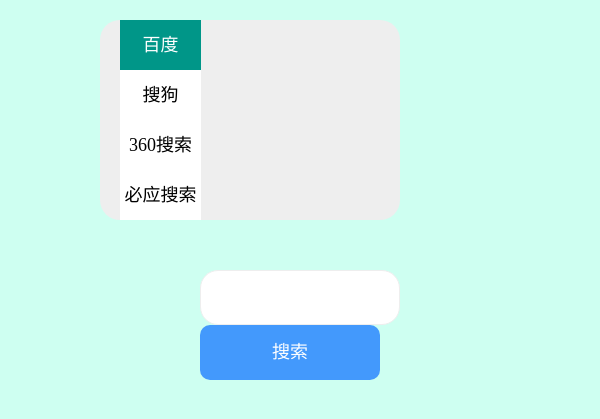
Repository: hellobz/duosousuoyinqing
Page: sousuo.html
These files come from the project's save history. The page is drawn as it stood at one moment and after the next save; the edit follows.
The browser window is 600 px wide. The pictures show the whole page.
Some web libraries are served in a nearby version.

Above is the page before, as saved 2022-05-25 10:03:21.

After the next save:
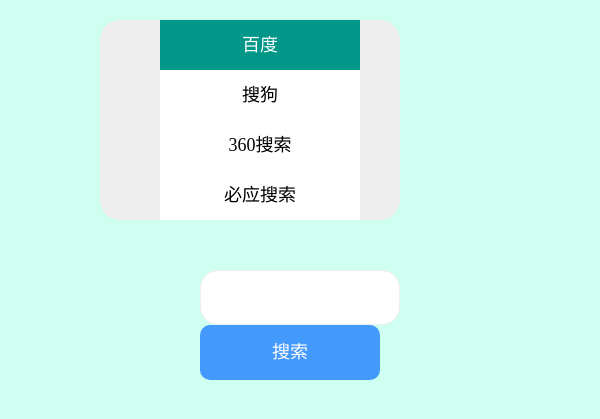
Saved 27 s later.
--- a/css/index.css
+++ b/css/index.css
@@ -84,7 +84,7 @@
         height: auto;
     }
 
-    .wrap_content, .ipt {
+    .wrap_content, .ipt, #wrap li.list_item {
         display: block;
         margin-left: auto;
         margin-right: auto;
